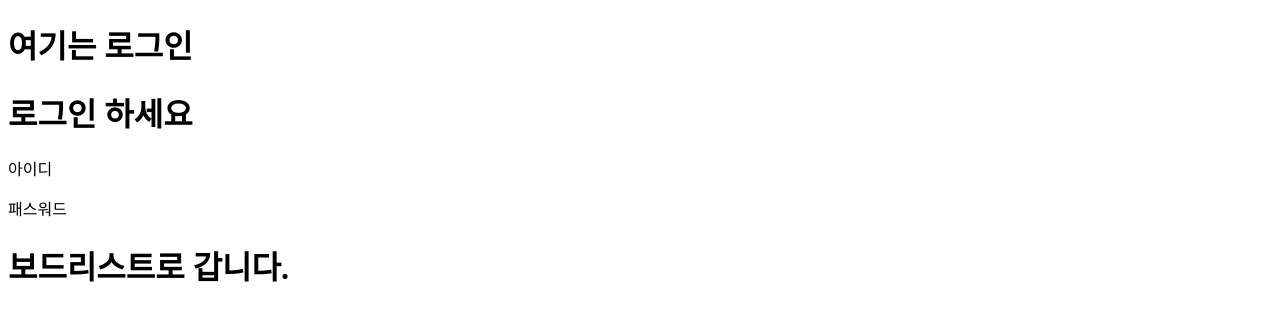
Repository: SeungwanHong/Web-jsp-
Page: http://localhost/Board2_20170406/form/login_form.jsp
The author's editor kept a copy of each file at every save. The page is drawn from the files as they stood at one save, then again after a run of saves.
The browser window is 1280 px wide. The pictures show the whole page.
The page is served by Tomcat 9. Other server files are loaded and not shown.

Above is the page before, as saved 2017-04-06 07:11:10.

### Board2_20170406/WebContent/form/login_form.jsp
<%@page import="hsw.vo.user.LoginVo"%>
<%@ page language="java" contentType="text/html; charset=EUC-KR"
    pageEncoding="EUC-KR"%>
<!DOCTYPE html PUBLIC "-//W3C//DTD HTML 4.01 Transitional//EN" "http://www.w3.org/TR/html4/loose.dtd">
<html>
<head>
<meta http-equiv="Content-Type" content="text/html; charset=EUC-KR">
<title>login page</title>
</head>
<body>
<h1>여기는 로그인</h1>
<%-- <% LoginVo loginVo = (LoginVo)session.getAttribute("LOGIN"); %> --%>
<%-- 	<% if(loginVo == null){ %> --%>
	<h1>로그인 하세요</h1>
	<p>아이디</p>
	<p>패스워드</p>
<%-- 	<%}else{ %> --%>
	<h1>보드리스트로 갑니다.</h1>
<%-- 	<%} %> --%>

</body>
</html>

After the next 2 saves:
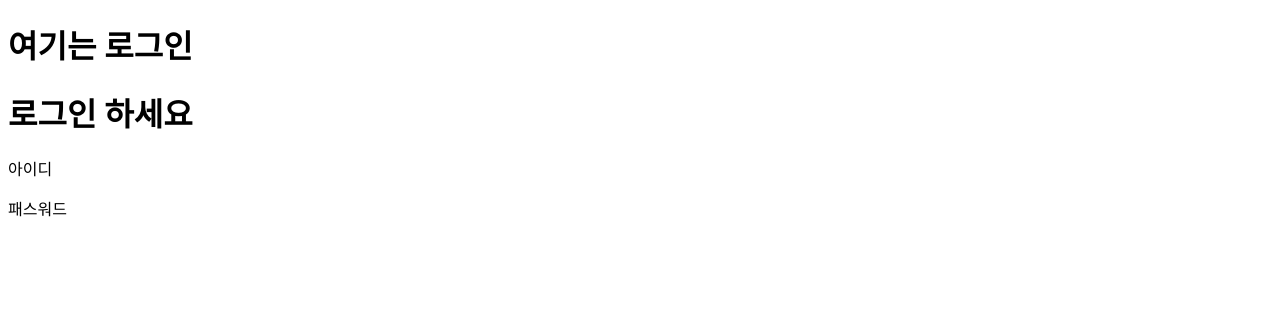
The 2 saves are shown as one change because 1 did not build or start.
The last was saved 88 s later.
--- a/Board2_20170406/WebContent/form/login_form.jsp
+++ b/Board2_20170406/WebContent/form/login_form.jsp
@@ -9,14 +9,14 @@
 </head>
 <body>
 <h1>여기는 로그인</h1>
-<%-- <% LoginVo loginVo = (LoginVo)session.getAttribute("LOGIN"); %> --%>
-<%-- 	<% if(loginVo == null){ %> --%>
+<% LoginVo loginVo = (LoginVo)session.getAttribute("LOGIN"); %>
+ 	<% if(loginVo == null){ %>
 	<h1>로그인 하세요</h1>
 	<p>아이디</p>
 	<p>패스워드</p>
-<%-- 	<%}else{ %> --%>
+	<%}else{ %>
 	<h1>보드리스트로 갑니다.</h1>
-<%-- 	<%} %> --%>
+ 	<%} %>
 
 </body>
 </html>
